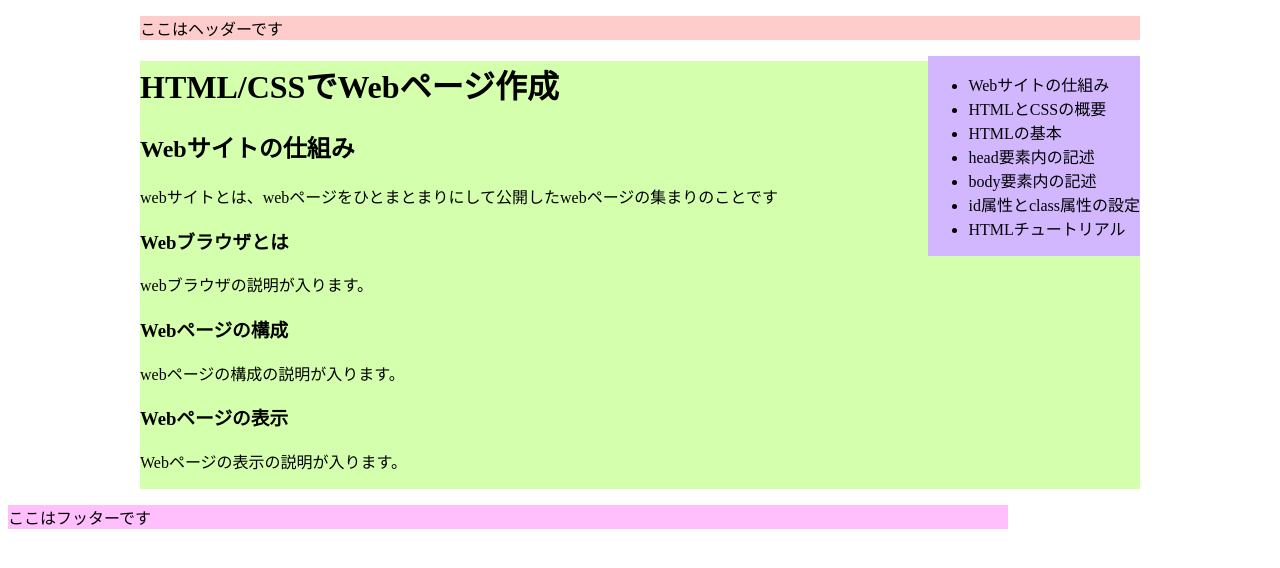
Repository: tak-hs/first-git
Page: kadai-html.html
The author's editor kept a record of every edit. The page is drawn from the files as they stood at one moment, then again after the next edit.
The browser window is 1280 px wide. The pictures show the whole page.

Above is the page before.

### kadai-html.html
<!DOCTYPE html>
<html lang="ja">
    <head>
        <meta charset="utf-8">
        <title>HTML/CSSでWebページ作成</title>
        <link rel="stylesheet" href="./kadai-css.css">
    </head>
    <body>
        <header>
            <p>ここはヘッダーです</p>
            <nav id="global_navi">
                <ul>
                    <li>Webサイトの仕組み</li>
                    <li>HTMLとCSSの概要</li>
                    <li>HTMLの基本</li>
                    <li>head要素内の記述</li>
                    <li>body要素内の記述</li>
                    <li>id属性とclass属性の設定</li>
                    <li>HTMLチュートリアル</li>
                </ul>
        </header>
        <div id="wrapper"  class="clearfix">
            <div id="main">
              <h1>HTML/CSSでWebページ作成</h1>
              <h2>Webサイトの仕組み</h2>
              <p>webサイトとは、webページをひとまとまりにして公開したwebページの集まりのことです</p>

              <nav id="menu">
                <h3>Webブラウザとは</h3>
                <p>webブラウザの説明が入ります。</p>

                <h3>Webページの構成</h3>
                <p>webページの構成の説明が入ります。</p>

                <h3>Webページの表示</h3>
                <p>Webページの表示の説明が入ります。</p>
              </nav>

            </div>
        </div>

        <footer>
            <p>ここはフッターです</p>
        </footer>

    </body>
</html>

### kadai-css.css
@charset "UTF-8";

header{
    width:1000px;
    margin:0 auto;
    background-color:#ffcccc;
}

header p{

}

#global_navi{
    float:right;
    margin:0 auto;
    background-color:#d2b7ff;
}

#wrapper{
    width:1000px;
    margin:0 auto;
    margin-bottom:0;
    background-color: #d4ffad;
}

.clearfix::after {
    content: '';
    display: block;
    clear: both;
}

footer{
    width:1000px;
    margin-top:0;
    background-color: #ffbffc;
}

After the next edit:
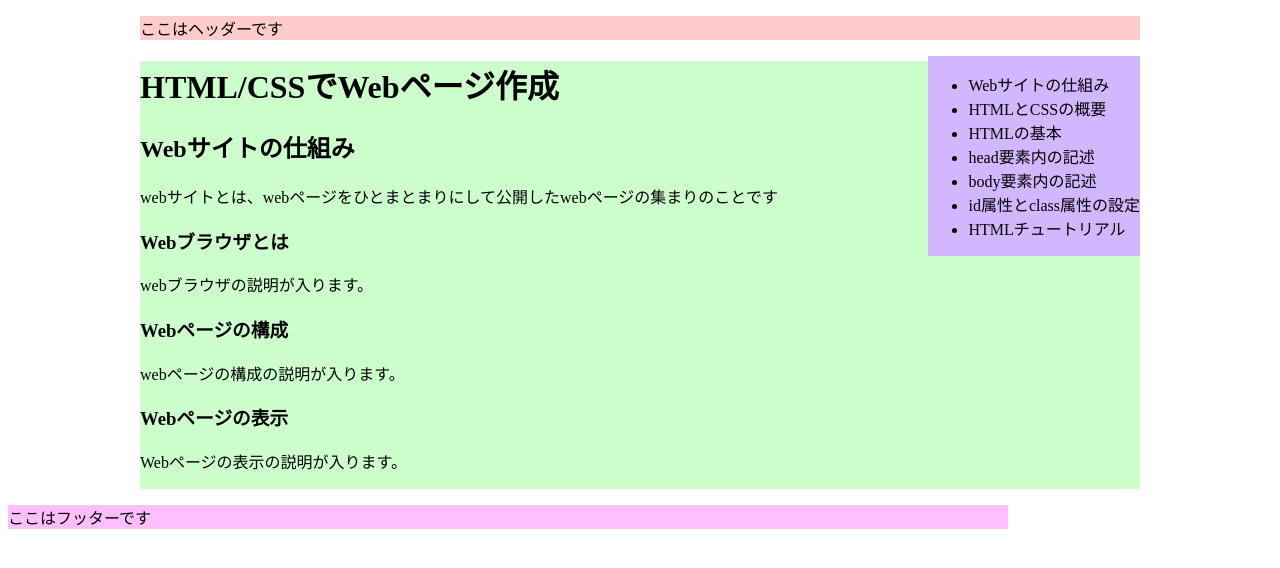
The edit:
--- a/kadai-css.css
+++ b/kadai-css.css
@@ -20,7 +20,7 @@
     width:1000px;
     margin:0 auto;
     margin-bottom:0;
-    background-color: #d4ffad;
+    background-color: #ccffcc;
 }
 
 .clearfix::after {
